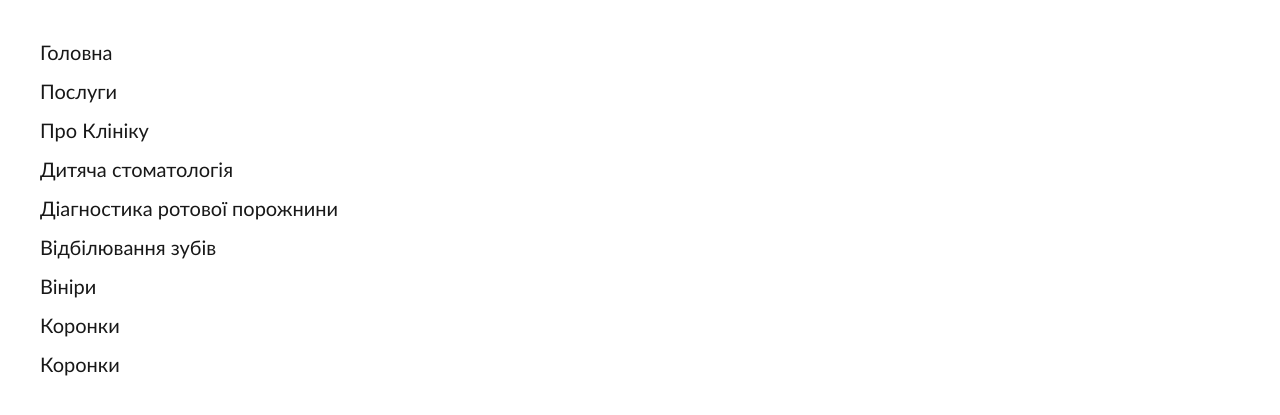
Repository: TarasDutchak/dental-clinic
Page: sitemap.html
The author's editor kept a copy of each file at every save. The page is drawn from the files as they stood at one save, then again after the next save.
The browser window is 1280 px wide. The pictures show the whole page.

Above is the page before, as saved 2025-01-03 07:08:00.

After the next save:
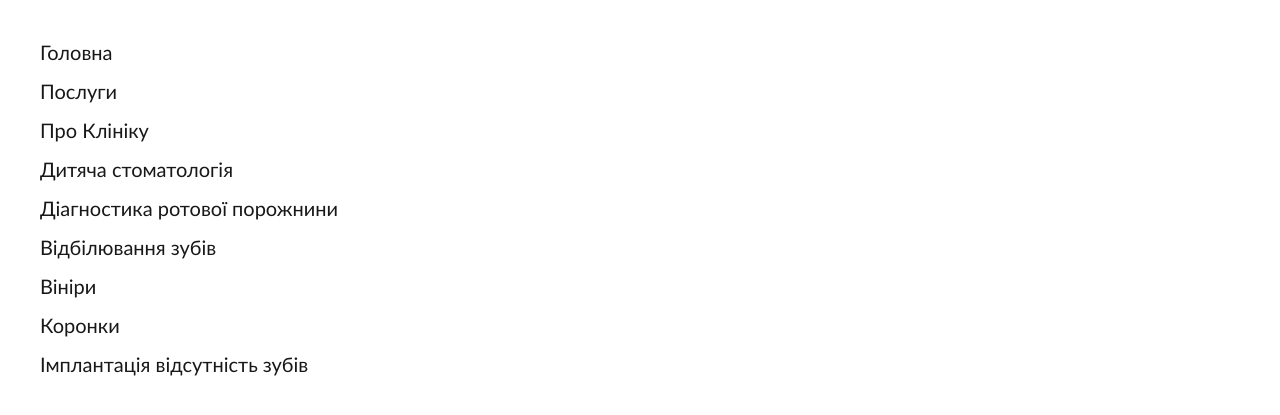
Saved 6 s later.
--- a/sitemap.html
+++ b/sitemap.html
@@ -26,7 +26,7 @@
             <li><a href="teeth-whitening.html" target="_blank">Відбілювання зубів</a></li>
             <li><a href="veneers.html" target="_blank">Вініри</a></li>
             <li><a href="crowns.html" target="_blank">Коронки</a></li>
-            <li><a href="implantation-of-missing-teeth.html" target="_blank">Коронки</a></li>
+            <li><a href="implantation-of-missing-teeth.html" target="_blank">Імплантація відсутність зубів</a></li>
         </ul>
     </div>
 
